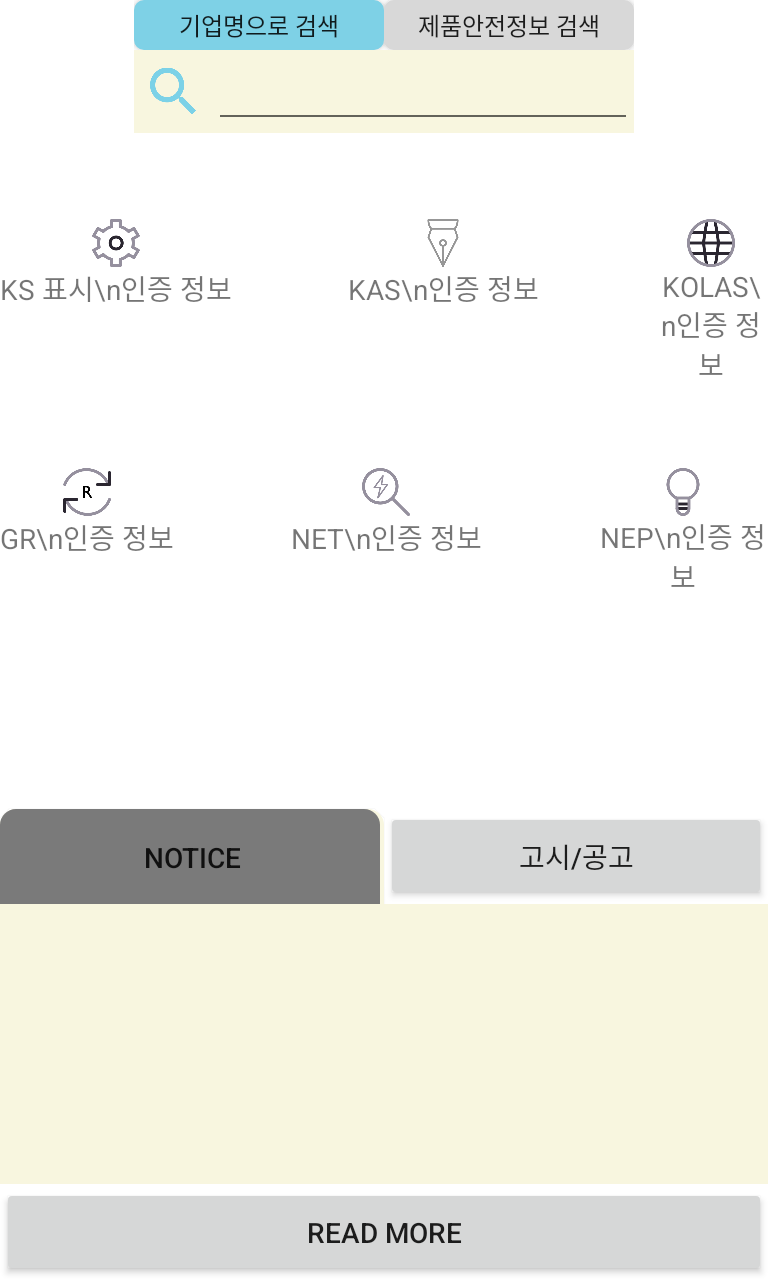
Repository: team-peony/ccfinder
Layout: android/CertifiedCompanyFinder/res/layout/fragment_main.xml
The author's editor kept a copy of each file at every save. The layout is drawn from the files as they stood at one save, then again after the next save.
It is drawn on a 768 x 1280 px phone screen (xhdpi) without system bars, with theme AppTheme; the app's code is not run. Lists and similar views that code fills are empty.

Above is the layout before, as saved 2015-02-19 17:35:26.

### android/CertifiedCompanyFinder/res/layout/fragment_main.xml
<RelativeLayout xmlns:android="http://schemas.android.com/apk/res/android"
    xmlns:tools="http://schemas.android.com/tools"
    android:layout_width="match_parent"
    android:layout_height="match_parent"
    android:layout_marginTop="20dp"
    android:background="#FFFFFF"
    tools:context="com.peony.ccfinder.MainActivity$PlaceholderFragment" >

    <!-- 검색어 입력창 부분 -->
    <LinearLayout
        android:id="@+id/main_llSearch"
        android:layout_centerHorizontal="true"
        android:layout_width="250dp"
        android:layout_height="wrap_content"
        android:orientation="vertical">

        <LinearLayout
            android:layout_width="match_parent"
            android:layout_height="wrap_content"
            android:orientation="horizontal">
            <Button
                android:id="@+id/main_btnCompany"
                android:layout_width="0dp"
                android:layout_height="25dp"
                android:layout_weight="1"
                android:padding="0dp"
                android:textSize="12sp"
                android:background="@drawable/search_type_selected"
                android:text="기업명으로 검색"/>

            <Button
                android:id="@+id/main_btnSafety"
                android:layout_width="0dp"
                android:layout_height="25dp"
                android:layout_weight="1"
                android:padding="0dp"
                android:textSize="12sp"
                android:background="@drawable/search_type_unselected"
                android:text="제품안전정보 검색"/>

        </LinearLayout>

        <LinearLayout
            android:layout_width="match_parent"
            android:layout_height="wrap_content"
            android:orientation="horizontal"
            android:background="@color/cc_color_bage"
            android:gravity="center_vertical">

            <ImageView
                android:layout_width="23dp"
                android:layout_height="25dp"
                android:layout_margin="8dp"
                android:src="@drawable/search_icon" />

            <EditText
                android:id="@+id/main_etKeyword"
                android:layout_width="match_parent"
                android:layout_height="wrap_content"
                android:singleLine="true"
                android:imeOptions="actionSearch"/>

        </LinearLayout>
    </LinearLayout>


    <!-- 카테고리 부분 -->
    <LinearLayout
        android:id="@+id/main_llCategories"
        android:layout_width="wrap_content"
        android:layout_height="wrap_content"
        android:layout_marginTop="43dp"
        android:orientation="vertical"
        android:layout_centerHorizontal="true"
        android:layout_below="@id/main_llSearch">
        <!-- 카테고리 상단 -->
        <LinearLayout
            android:layout_width="wrap_content"
            android:layout_height="wrap_content"
            android:orientation="horizontal">

            <!-- KS -->
            <LinearLayout
                android:id="@+id/main_llCategoryKs"
                android:layout_width="wrap_content"
                android:layout_height="wrap_content"
                android:orientation="vertical"
                android:gravity="center">
	            <ImageView
	                android:layout_width="@dimen/category_icon_size"
	                android:layout_height="@dimen/category_icon_size"
	                android:src="@drawable/ks_icon" />

	            <TextView
	                android:layout_width="wrap_content"
	                android:layout_height="wrap_content"
	                android:text="KS 표시\n인증 정보"
	                android:gravity="center"/>
	        </LinearLayout>

            <!-- KAS -->
            <LinearLayout
                android:id="@+id/main_llCategoryKas"
                android:layout_width="wrap_content"
                android:layout_height="wrap_content"
                android:layout_marginLeft="@dimen/category_padding"
                android:layout_marginRight="@dimen/category_padding"
                android:orientation="vertical"
                android:gravity="center">
	            <ImageView
	                android:layout_width="@dimen/category_icon_size"
	                android:layout_height="@dimen/category_icon_size"
	                android:src="@drawable/kas_icon" />

	            <TextView
	                android:layout_width="wrap_content"
	                android:layout_height="wrap_content"
	                android:text="KAS\n인증 정보"
	                android:gravity="center"/>
	        </LinearLayout>

            <!-- KOLAS -->
            <LinearLayout
                android:id="@+id/main_llCategoryKolas"
                android:layout_width="wrap_content"
                android:layout_height="wrap_content"
                android:orientation="vertical"
                android:gravity="center">
	            <ImageView
	                android:layout_width="@dimen/category_icon_size"
	                android:layout_height="@dimen/category_icon_size"
	                android:src="@drawable/kolas_icon" />

	            <TextView
	                android:layout_width="wrap_content"
	                android:layout_height="wrap_content"
	                android:text="KOLAS\n인증 정보"
	                android:gravity="center"/>
	        </LinearLayout>

        </LinearLayout>


        <!-- 카테고리 하단 -->
        <LinearLayout
            android:layout_marginTop="42dp"
            android:layout_width="wrap_content"
            android:layout_height="wrap_content"
            android:orientation="horizontal">
            <!-- GR -->
            <LinearLayout
                android:id="@+id/main_llCategoryGr"
                android:layout_width="wrap_content"
                android:layout_height="wrap_content"
                android:orientation="vertical"
                android:gravity="center">
	            <ImageView
	                android:layout_width="@dimen/category_icon_size"
	                android:layout_height="@dimen/category_icon_size"
	                android:src="@drawable/gr_icon" />

	            <TextView
	                android:layout_width="wrap_content"
	                android:layout_height="wrap_content"
	                android:text="GR\n인증 정보"
	                android:gravity="center"/>
	        </LinearLayout>

            <!-- NET -->
            <LinearLayout
                android:id="@+id/main_llCategoryNet"
                android:layout_width="wrap_content"
                android:layout_height="wrap_content"
                android:layout_marginLeft="@dimen/category_padding"
                android:layout_marginRight="@dimen/category_padding"
                android:orientation="vertical"
                android:gravity="center">
	            <ImageView
	                android:layout_width="@dimen/category_icon_size"
	                android:layout_height="@dimen/category_icon_size"
	                android:src="@drawable/net_icon" />

	            <TextView
	                android:layout_width="wrap_content"
	                android:layout_height="wrap_content"
	                android:text="NET\n인증 정보"
	                android:gravity="center"/>
	        </LinearLayout>

            <!-- NEP -->
            <LinearLayout
                android:id="@+id/main_llCategoryNep"
                android:layout_width="wrap_content"
                android:layout_height="wrap_content"
                android:orientation="vertical"
                android:gravity="center">
	            <ImageView
	                android:layout_width="@dimen/category_icon_size"
	                android:layout_height="@dimen/category_icon_size"
	                android:src="@drawable/nep_icon" />

	            <TextView
	                android:layout_width="wrap_content"
	                android:layout_height="wrap_content"
	                android:text="NEP\n인증 정보"
	                android:gravity="center"/>
	        </LinearLayout>

        </LinearLayout>

    </LinearLayout>

    <!-- 공지 사항 -->
    <LinearLayout
        android:id="@+id/main_llNoticeArea"
        android:layout_width="match_parent"
        android:layout_height="wrap_content"
        android:orientation="vertical"
        android:layout_alignParentBottom="true">

        <!-- 공지 탭 -->
        <LinearLayout
            android:layout_width="match_parent"
            android:layout_height="wrap_content"
            android:orientation="horizontal">
            <Button
	            android:id="@+id/main_btnTabNotice"
	            android:layout_width="0dp"
	            android:layout_height="wrap_content"
	            android:layout_weight="1"
	            android:background="@drawable/notice_tab_selected"
	            android:text="NOTICE"/>

	        <Button
	            android:id="@+id/main_btnTabGosi"
	            android:layout_width="0dp"
	            android:layout_height="wrap_content"
	            android:layout_weight="1"
	            android:text="고시/공고"/>
        </LinearLayout>

        <ListView
            android:id="@+id/main_lvNotices"
            android:layout_width="match_parent"
            android:layout_height="140dp"
            android:background="@color/cc_color_bage"/>

        <Button
	            android:id="@+id/main_btnReadMore"
	            android:layout_width="match_parent"
	            android:layout_height="wrap_content"
	            android:text="Read more"/>
    </LinearLayout>

</RelativeLayout>

### android/CertifiedCompanyFinder/res/values/styles.xml
<resources>

    <!--
        Base application theme, dependent on API level. This theme is replaced
        by AppBaseTheme from res/values-vXX/styles.xml on newer devices.
    -->
    <style name="AppBaseTheme" parent="Theme.AppCompat.Light">
        <!--
            Theme customizations available in newer API levels can go in
            res/values-vXX/styles.xml, while customizations related to
            backward-compatibility can go here.
        -->
    </style>

    <!-- Application theme. -->
    <style name="AppTheme" parent="AppBaseTheme">
        <!-- All customizations that are NOT specific to a particular API-level can go here. -->
    </style>

</resources>

### android/CertifiedCompanyFinder/res/drawable/search_type_selected.xml
<?xml version="1.0" encoding="utf-8"?>
<shape xmlns:android="http://schemas.android.com/apk/res/android" >
    <solid android:color="@color/cc_color_skyblue"/>
    <corners android:radius="5dp"/>
    <padding android:left="10dp"
        android:top="10dp"
        android:right="10dp"
        android:bottom="10dp"/>

</shape>

### android/CertifiedCompanyFinder/res/drawable/search_type_unselected.xml
<?xml version="1.0" encoding="utf-8"?>
<shape xmlns:android="http://schemas.android.com/apk/res/android" >
    <solid android:color="@color/cc_color_unselected"/>
    <corners android:radius="5dp"/>
    <padding android:left="10dp"
        android:top="10dp"
        android:right="10dp"
        android:bottom="10dp"/>

</shape>

### android/CertifiedCompanyFinder/res/values/colors.xml
<?xml version="1.0" encoding="utf-8"?>
<resources>
    <color name="cc_color_bage">#F8F6DF</color>
    <color name="cc_color_skyblue">#7ED1E6</color>
    <color name="cc_color_unselected">#D8D8D8</color>
    <color name="cc_color_shadow">#7A7A7A</color>
</resources>

### android/CertifiedCompanyFinder/res/values/dimens.xml
<resources>

    <!-- Default screen margins, per the Android Design guidelines. -->
    <dimen name="activity_horizontal_margin">16dp</dimen>
    <dimen name="activity_vertical_margin">16dp</dimen>
	<dimen name="category_icon_size">24dp</dimen>
	<dimen name="category_padding">58dp</dimen>
</resources>

### android/CertifiedCompanyFinder/res/drawable/notice_tab_selected.xml
<?xml version="1.0" encoding="utf-8"?>
<layer-list xmlns:android="http://schemas.android.com/apk/res/android" >
    <item>
        <shape android:shape="rectangle">
		    <corners android:topLeftRadius="8dp"
		        android:topRightRadius="8dp"/>
			<solid android:color="@color/cc_color_bage"/>
		</shape>
    </item>

    <item android:right="2dp">
        <shape android:shape="rectangle">
            <corners android:topLeftRadius="8dp"
		        android:topRightRadius="8dp"/>
			<solid android:color="@color/cc_color_shadow"/>
        </shape>
    </item>
</layer-list>

Loaded but not shown: android/CertifiedCompanyFinder/res/values-v11/styles.xml (common file); android/CertifiedCompanyFinder/res/values-v14/styles.xml (common file)

After the next save:
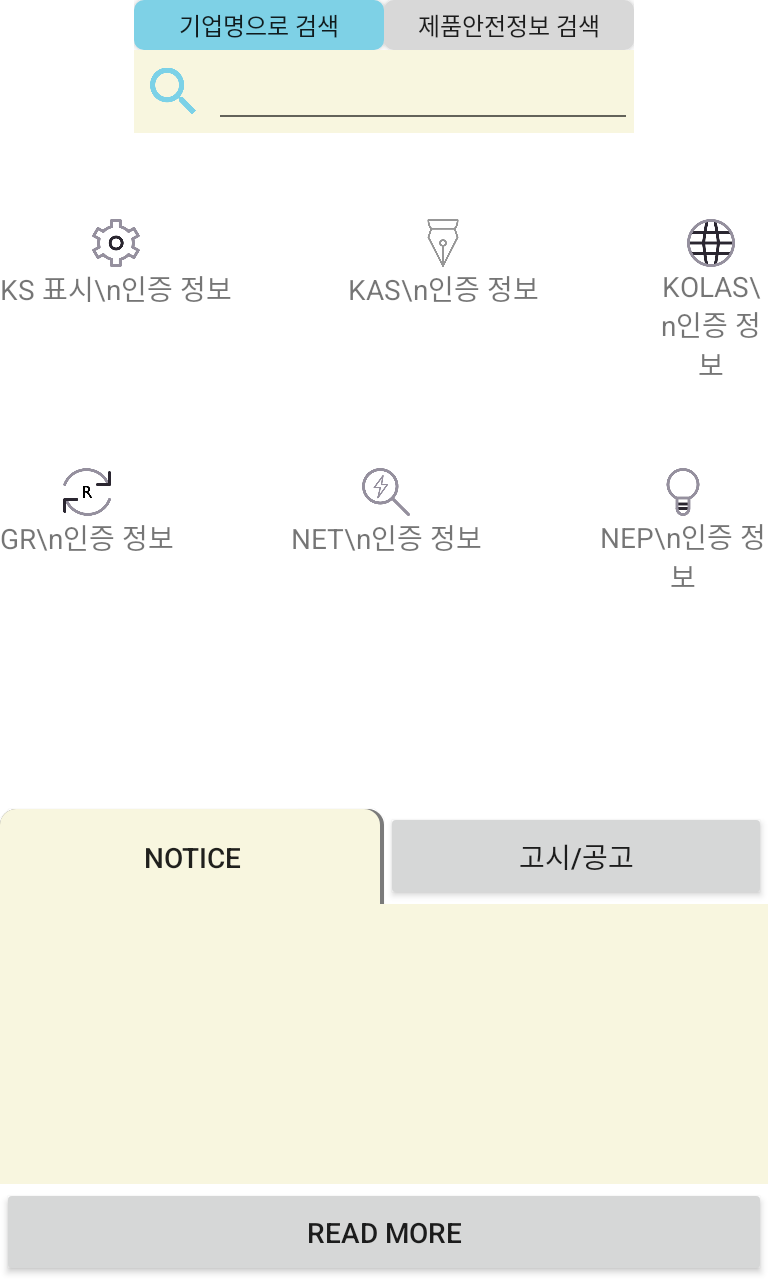
Saved 46 s later.
--- a/android/CertifiedCompanyFinder/res/drawable/notice_tab_selected.xml
+++ b/android/CertifiedCompanyFinder/res/drawable/notice_tab_selected.xml
@@ -1,18 +1,18 @@
 <?xml version="1.0" encoding="utf-8"?>
 <layer-list xmlns:android="http://schemas.android.com/apk/res/android" >
     <item>
+        <shape android:shape="rectangle">
+            <corners android:topLeftRadius="8dp"
+		        android:topRightRadius="8dp"/>
+			<solid android:color="@color/cc_color_shadow"/>
+        </shape>
+    </item>
+
+    <item android:right="2dp">
         <shape android:shape="rectangle">
 		    <corners android:topLeftRadius="8dp"
 		        android:topRightRadius="8dp"/>
 			<solid android:color="@color/cc_color_bage"/>
 		</shape>
     </item>
-
-    <item android:right="2dp">
-        <shape android:shape="rectangle">
-            <corners android:topLeftRadius="8dp"
-		        android:topRightRadius="8dp"/>
-			<solid android:color="@color/cc_color_shadow"/>
-        </shape>
-    </item>
 </layer-list>
